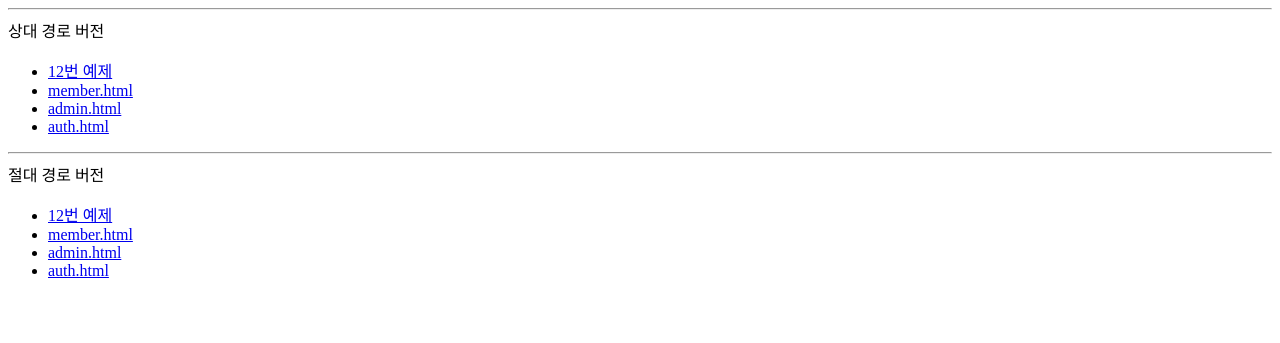
Repository: hb6700/client
Page: ClientTest/src/main/webapp/html/member/member.html
An editor plug-in stored every save of this project. The page is shown before and after the next save, followed by the edit.
The browser window is 1280 px wide. The pictures show the whole page.

Above is the page before, as saved 2023-09-20 06:46:25.

### ClientTest/src/main/webapp/html/member/member.html
<!DOCTYPE html>
<html>
<head>
<meta charset="UTF-8">
<title>member</title>
</head>
<body>
<!-- webapp > html > member > member.html -->
<hr>
		<hr2>상대 경로 버전</hr2>
		<ul>
			<li><a href="./../ex12_url.html">12번 예제</a>
			<li><a href="./member.html">member.html</a>
			<li><a href="./../admin/admin.html">admin.html</a>
			<li><a href="./auth/auth.html">auth.html</a>
		</ul>
		<hr>
		<hr2>절대 경로 버전</hr2>
		<ul>
			<li><a href="/client/html/ex12_url.html">12번 예제</a>
			<li><a href="/client/html/member/member.html">member.html</a>
			<li><a href="/client/html/admin/admin.html">admin.html</a>
			<li><a href="/client/html/member/auth/auth.html">auth.html</a>
		</ul>
</body>
</html>

After the next save:
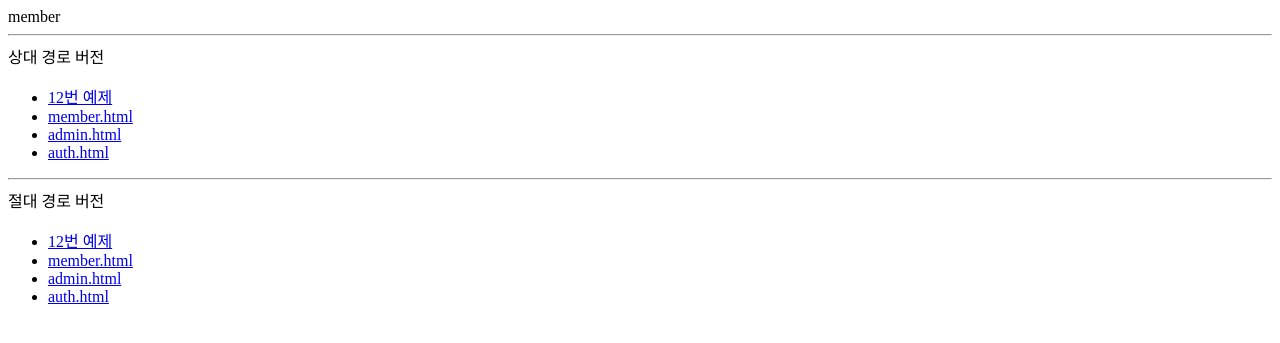
Saved 34 s later.
--- a/ClientTest/src/main/webapp/html/member/member.html
+++ b/ClientTest/src/main/webapp/html/member/member.html
@@ -6,6 +6,7 @@
 </head>
 <body>
 <!-- webapp > html > member > member.html -->
+member
 <hr>
 		<hr2>상대 경로 버전</hr2>
 		<ul>
